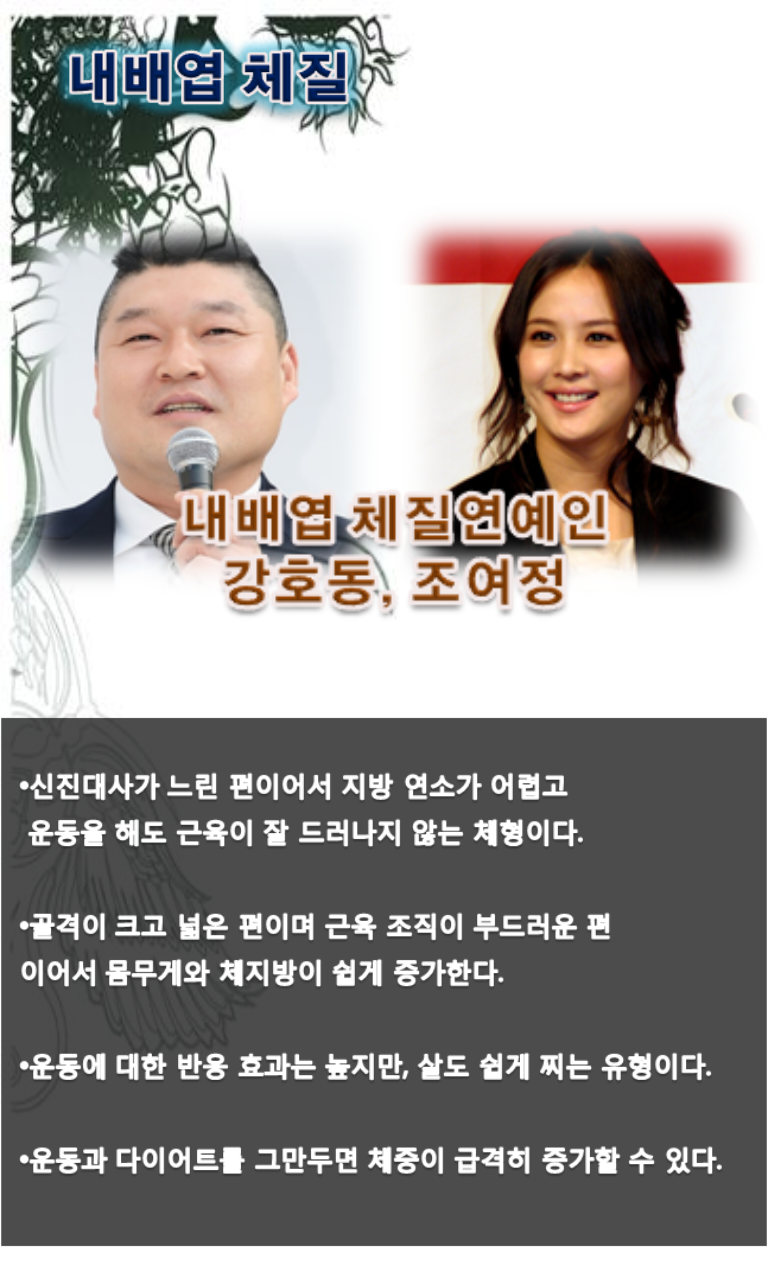
Repository: LewisLim579/2013TeamProject
Layout: PtsApp/res/layout/c_na.xml
These files come from the project's save history. The layout is drawn as it stood at one moment and after the next save; the edit follows.
It is drawn on a 768 x 1280 px phone screen (xhdpi) without system bars, with theme android:Theme.NoTitleBar.Fullscreen; the app's code is not run.

Above is the layout before, as saved 2013-05-24 16:56:22.

### PtsApp/res/layout/c_na.xml
<LinearLayout xmlns:android="http://schemas.android.com/apk/res/android"
    android:layout_width="fill_parent"
    android:layout_height="fill_parent"
    android:background="@drawable/back"
    android:orientation="vertical" >

    <LinearLayout
        android:layout_width="match_parent"
        android:layout_height="wrap_content"
        android:orientation="vertical" >

        <ImageView
            android:id="@+id/imageView2"
            android:layout_width="wrap_content"
            android:layout_height="wrap_content"
            android:src="@drawable/natitle" />
    </LinearLayout>

    <LinearLayout
        android:layout_width="match_parent"
        android:layout_height="wrap_content"
        android:layout_weight="4.04"
        android:orientation="vertical" >

        <ImageView
            android:id="@+id/imageView1"
            android:layout_width="match_parent"
            android:layout_height="match_parent"
            android:layout_centerHorizontal="true"
            android:src="@drawable/na_2" />
    </LinearLayout>

    <LinearLayout
        android:layout_width="match_parent"
        android:layout_height="wrap_content"
        android:orientation="vertical" >

        <ImageView
            android:id="@+id/imageView3"
            android:layout_width="wrap_content"
            android:layout_height="wrap_content"
            android:src="@drawable/sese" />

    </LinearLayout>

</LinearLayout>

After the next save:
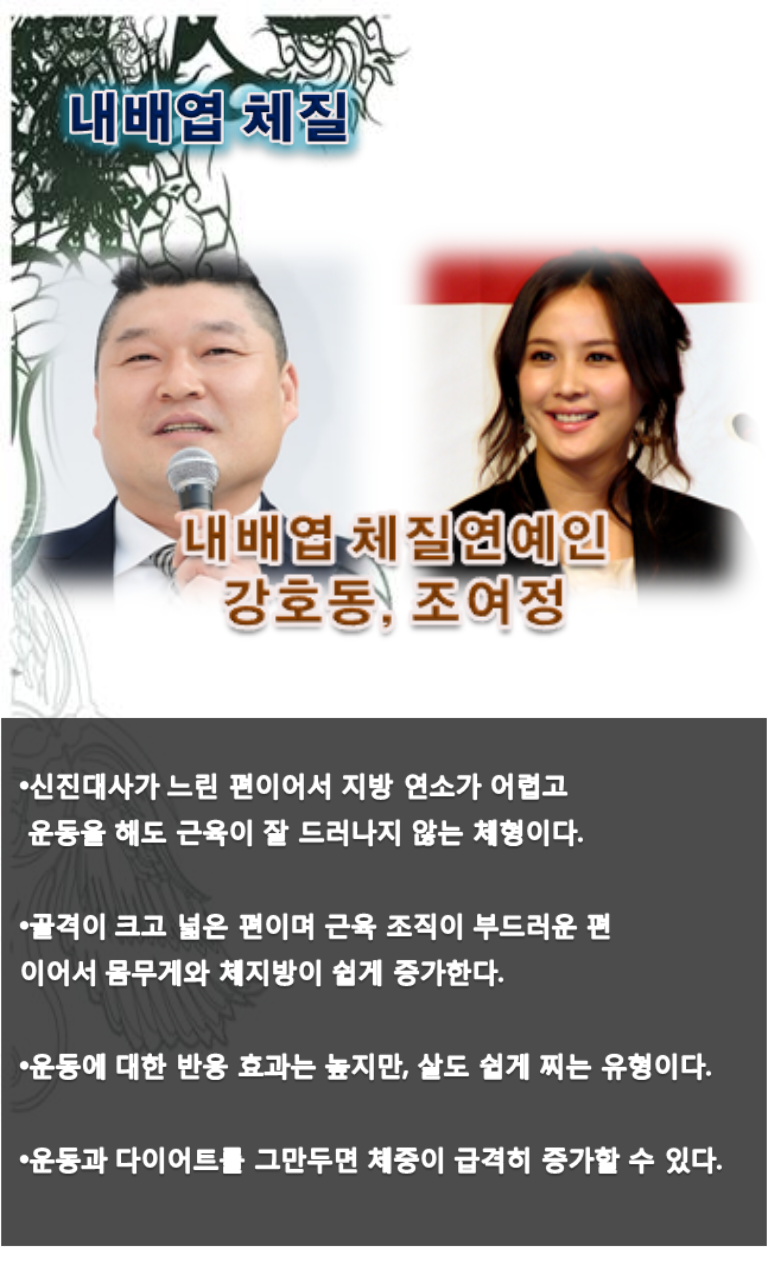
Saved 66 s later.
--- a/PtsApp/res/layout/c_na.xml
+++ b/PtsApp/res/layout/c_na.xml
@@ -7,7 +7,8 @@
     <LinearLayout
         android:layout_width="match_parent"
         android:layout_height="wrap_content"
-        android:orientation="vertical" >
+        android:orientation="vertical"
+        android:layout_marginTop="20dp" >
 
         <ImageView
             android:id="@+id/imageView2"
